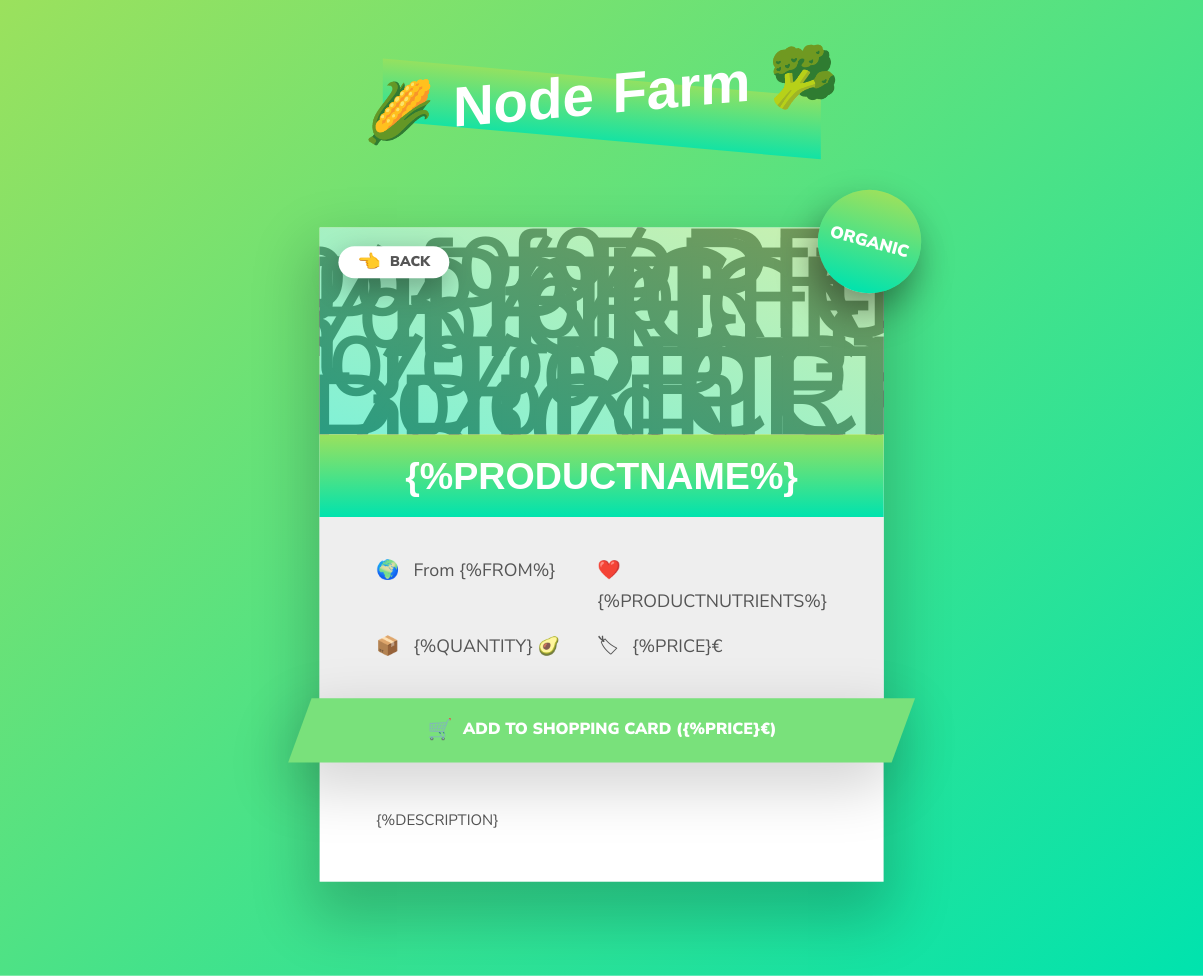
Repository: 13-Joban/Node_Farm_Backend
Page: templates/product.html
An editor plug-in stored every save of this project. The page is shown before and after the next save, followed by the edit.
The browser window is 1280 px wide. The pictures show the whole page, at 94% of full size.
Some web fonts or font styles are not loaded; a fallback is used.

Above is the page before, as saved 2022-07-16 17:32:04.

### templates/product.html
<!DOCTYPE html>
<html lang="en">
  <head>
    <meta charset="UTF-8" />
    <meta name="viewport" content="width=device-width, initial-scale=1.0" />
    <meta http-equiv="X-UA-Compatible" content="ie=edge" />

    <link
      href="https://fonts.googleapis.com/css?family=Megrim|Nunito+Sans:400,900"
      rel="stylesheet"
    />
    <link
      rel="icon"
      href="https://emojipedia-us.s3.dualstack.us-west-1.amazonaws.com/thumbs/240/apple/155/ear-of-maize_1f33d.png"
    />

    <title>Fresh Avocados 🥑 /// NODE FARM</title>

    <style>
      *,
      *::before,
      *::after {
        margin: 0;
        padding: 0;
        box-sizing: inherit;
      }

      html {
        font-size: 62.5%;
        box-sizing: border-box;
      }

      body {
        padding: 5rem 5rem 10rem;
        line-height: 1.7;
        font-family: 'Nunito Sans', sans-serif;
        color: #555;
        min-height: 100vh;
        background: linear-gradient(to bottom right, #9be15d, #00e3ae);
      }

      h1 {
        font-family: 'Megrim', sans-serif;
        font-size: 6rem;
        color: white;
        transform: skewY(-5deg);
        text-align: center;
        position: relative;
        word-spacing: 3px;
      }

      h1::before {
        content: '';
        display: block;
        height: 65%;
        width: 49%;
        position: absolute;
        top: 105%;
        left: 50%;
        background: linear-gradient(to bottom, #9be15d, #00e3ae);
        opacity: 0.8;
        z-index: -1;
        transform: skewY(370deg) translate(-50%, -50%);
      }

      .container {
        width: 95rem;
        margin: 0 auto;
      }

      .product {
        width: 60rem;
        margin: 0 auto;
        margin-top: 9rem;
        background: white;
        box-shadow: 0 3rem 6rem 1rem rgba(0, 0, 0, 0.2);
        position: relative;
      }

      .product__hero {
        position: relative;
        height: 22rem;
        overflow: hidden;
      }

      .product__hero::before {
        content: '';
        display: block;
        height: 100%;
        width: 100%;
        position: absolute;
        top: 0;
        left: 0;
        background-image: linear-gradient(to left bottom, #9be15d, #00e3ae);
        opacity: 0.5;
        z-index: 100;
      }

      .product__emoji {
        font-size: 15rem;
        position: absolute;
      }

      .product__emoji--1 {
        top: -4rem;
        left: -2rem;
        z-index: 10;
      }

      .product__emoji--2 {
        top: -6rem;
        left: 9rem;
      }

      .product__emoji--3 {
        top: -4rem;
        right: 15rem;
      }

      .product__emoji--4 {
        top: -5rem;
        right: 2rem;
        z-index: 10;
      }

      .product__emoji--5 {
        bottom: -9rem;
        left: 18rem;
      }

      .product__emoji--6 {
        bottom: -8rem;
        left: 5rem;
      }

      .product__emoji--7 {
        bottom: -12rem;
        right: 14rem;
      }

      .product__emoji--8 {
        bottom: -8rem;
        right: -2rem;
      }

      .product__emoji--9 {
        top: -7rem;
        left: 19rem;
      }

      .product__organic {
        position: absolute;
        top: -4rem;
        right: -4rem;
        z-index: 1000;
        height: 11rem;
        width: 11rem;
        background-image: linear-gradient(to bottom, #9be15d, #00e3ae);
        border-radius: 50%;
        transform: rotate(15deg);
        box-shadow: 0 2rem 4rem rgba(0, 0, 0, 0.4);
        display: flex;
        align-items: center;
        justify-content: center;
      }

      .product__organic h5 {
        font-weight: 900;
        text-transform: uppercase;
        font-size: 1.8rem;
        color: white;
      }

      .product__back:link,
      .product__back:visited {
        position: absolute;
        top: 2rem;
        left: 2rem;
        font-size: 1.5rem;
        font-weight: 700;
        text-transform: uppercase;
        text-decoration: none;
        z-index: 1000;
        color: #555;
        background-color: white;
        box-shadow: 0 1rem 3rem rgba(0, 0, 0, 0.3);
        border-radius: 100rem;
        padding: 0 2rem;
        transition: all 0.3s;
        display: flex;
        align-items: center;
      }

      .product__back:hover,
      .product__back:active {
        background-color: #79e17b;
      }

      .product__name {
        background: linear-gradient(to bottom, #9be15d, #00e3ae);
        padding: 1rem;
        font-family: 'Megrim', sans-serif;
        font-size: 4rem;
        color: white;
        text-align: center;
        word-spacing: 2px;
      }

      .product__details {
        background-color: #eee;
        padding: 4rem 6rem;
        font-size: 1.9rem;
        display: grid;
        grid-template-columns: 1fr 1fr;
        grid-gap: 1.5rem;
      }

      .product__description {
        padding: 5rem 6rem;
        font-size: 1.6rem;
        line-height: 1.8;
      }

      .product__link:link,
      .product__link:visited {
        display: block;
        background-color: #79e17b;
        color: white;
        font-size: 1.6rem;
        font-weight: 700;
        text-transform: uppercase;
        text-decoration: none;
        padding: 1.5rem;
        text-align: center;
        transform: scale(1.07) skewX(-20deg);
        box-shadow: 0 2rem 6rem rgba(0, 0, 0, 0.2);
        display: flex;
        align-items: center;
        justify-content: center;
        transition: all 0.3s;
      }

      .product__link:hover,
      .product__link:active {
        background-color: #9be15d;
        transform: scale(1.1) skewX(-20deg);
      }

      .product__link span {
        transform: skewX(20deg);
      }

      .emoji-left {
        font-size: 2rem;
        margin-right: 1rem;
      }

      .emoji-right {
        font-size: 2rem;
        margin-left: 1rem;
      }

      .not-organic {
        display: none;
      }
    </style>
  </head>

  <body>
    <div class="container">
      <h1>🌽 Node Farm 🥦</h1>

      <figure class="product">
        <div class="product__organic"><h5>Organic</h5></div>
        <a href="#" class="product__back">
          <span class="emoji-left">👈</span>Back
        </a>
        <div class="product__hero">
          <span class="product__emoji product__emoji--1">{%PRICE}</span>
          <span class="product__emoji product__emoji--2">{%PRICE}</span>
          <span class="product__emoji product__emoji--3">{%PRICE}</span>
          <span class="product__emoji product__emoji--4">{%PRICE}</span>
          <span class="product__emoji product__emoji--5">{%PRICE}</span>
          <span class="product__emoji product__emoji--6">{%PRICE}</span>
          <span class="product__emoji product__emoji--7">{%PRICE}</span>
          <span class="product__emoji product__emoji--8">{%PRICE}</span>
          <span class="product__emoji product__emoji--9">{%PRICE}</span>
        </div>
        <h2 class="product__name">{%PRODUCTNAME%}</h2>
        <div class="product__details">
          <p><span class="emoji-left">🌍</span> From {%FROM%}</p>
          <p><span class="emoji-left">❤️</span> {%PRODUCTNUTRIENTS%}</p>
          <p><span class="emoji-left">📦</span> {%QUANTITY} 🥑</p>
          <p><span class="emoji-left">🏷</span> {%PRICE}€</p>
        </div>

        <a href="#" class="product__link">
          <span class="emoji-left">🛒</span>
          <span>Add to shopping card ({%PRICE}€)</span>
        </a>

        <p class="product__description">
          {%DESCRIPTION}
        </p>
      </figure>

    </div>
  </body>
</html>

After the next save:
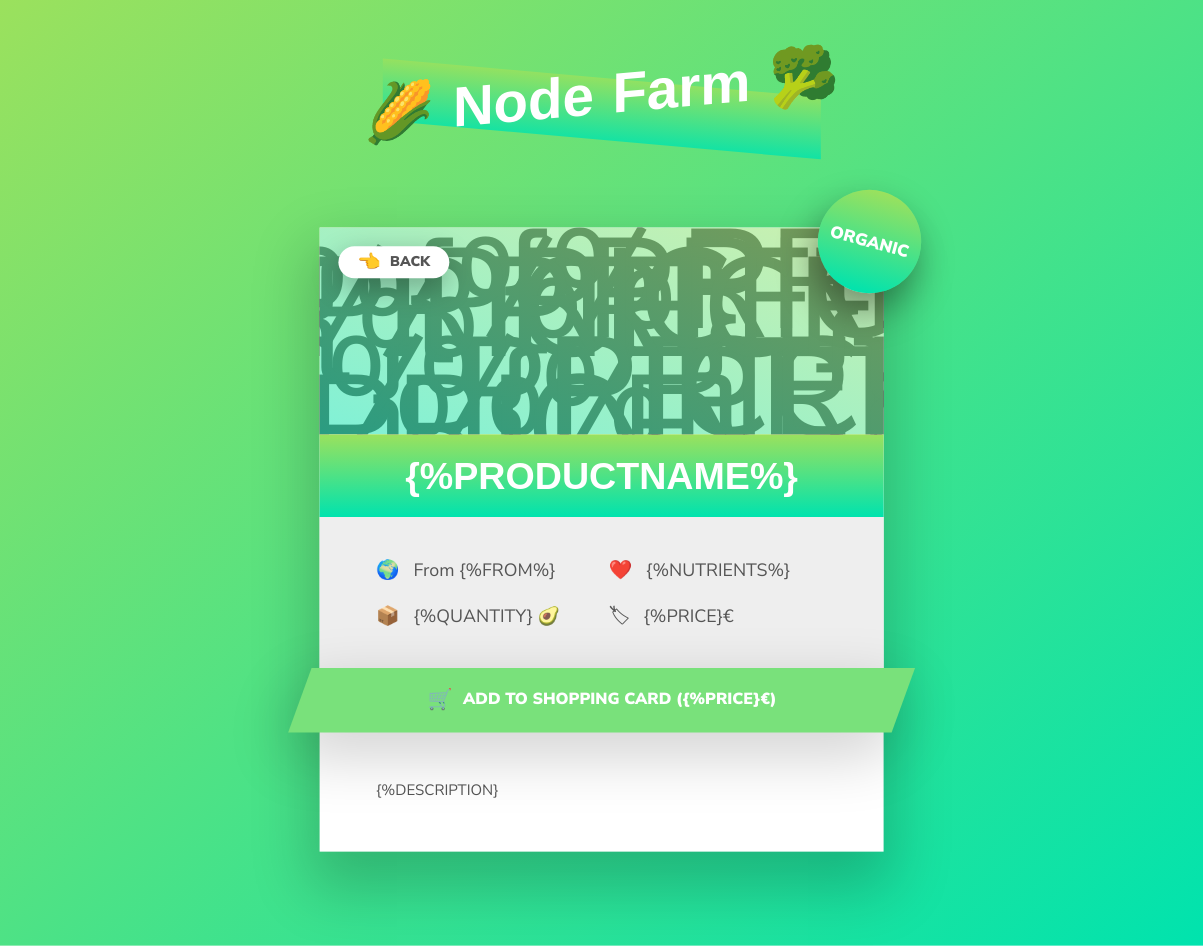
Saved 44 s later.
--- a/templates/product.html
+++ b/templates/product.html
@@ -289,7 +289,7 @@
         <h2 class="product__name">{%PRODUCTNAME%}</h2>
         <div class="product__details">
           <p><span class="emoji-left">🌍</span> From {%FROM%}</p>
-          <p><span class="emoji-left">❤️</span> {%PRODUCTNUTRIENTS%}</p>
+          <p><span class="emoji-left">❤️</span> {%NUTRIENTS%}</p>
           <p><span class="emoji-left">📦</span> {%QUANTITY} 🥑</p>
           <p><span class="emoji-left">🏷</span> {%PRICE}€</p>
         </div>
